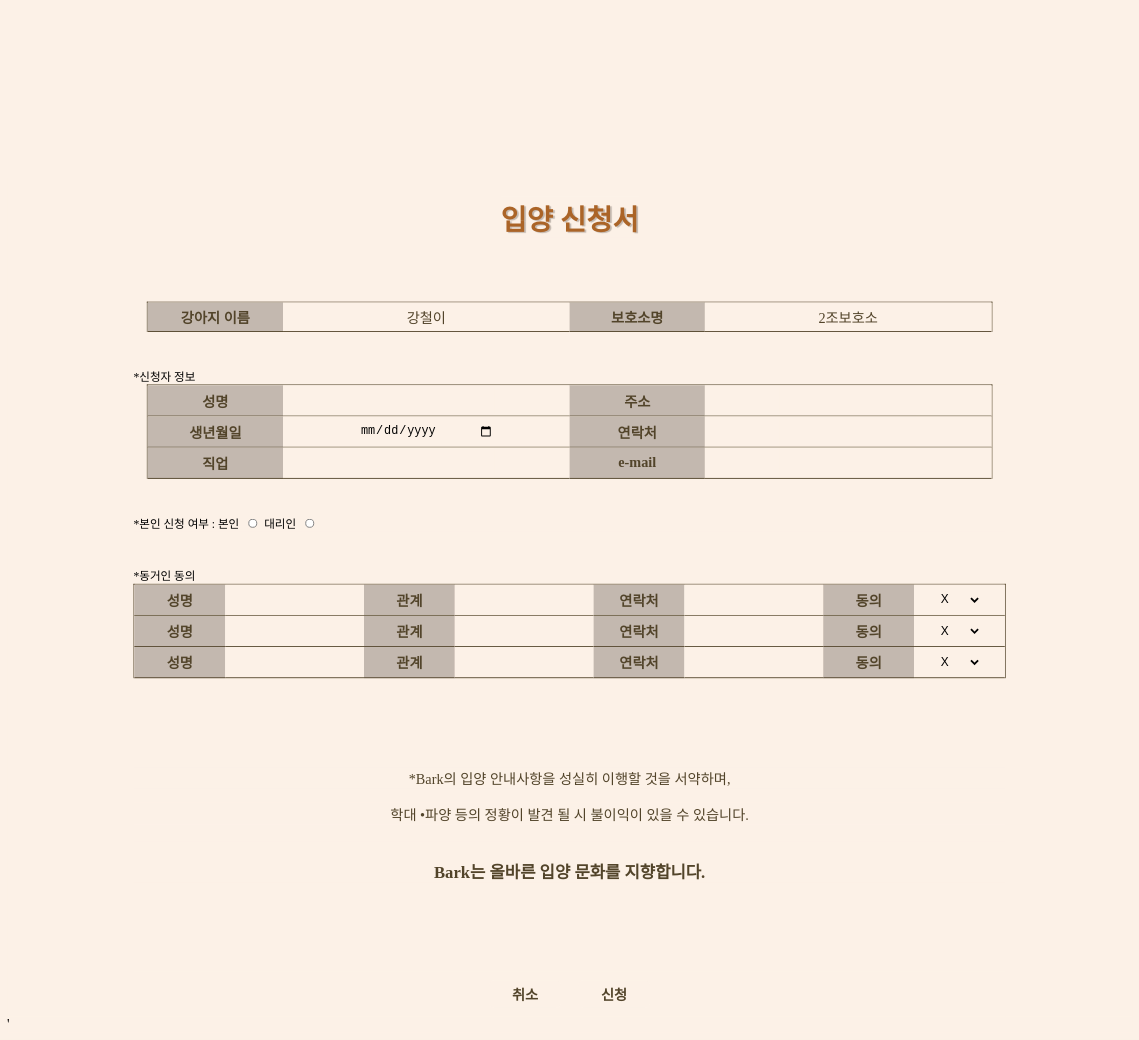
Repository: jngwk/Project-Bark
Page: http://localhost/Bark/include/adoptionForm.jsp
The author's editor kept a copy of each file at every save. The page is drawn from the files as they stood at one save, then again after the next save.
The browser window is 1280 px wide. The pictures show the whole page, at 89% of full size.
The page is served by Tomcat 9. Other server files are loaded and not shown.

Above is the page before, as saved 2024-03-26 07:28:21.

### java_workspace/Bark/src/main/webapp/include/adoptionForm.jsp
<%@ page language="java" contentType="text/html; charset=UTF-8"
    pageEncoding="UTF-8"%>
<!DOCTYPE html>
<html>
<head>
<meta charset="UTF-8">
<title>Insert title here</title>
<link rel="stylesheet" href="../css/adoptionForm.css">
</head>
<body>
	<div class="container">
        <div class="adoption-title"><h1>입양 신청서</h1></div>
		<div class="adoption">
            <form action="#" method="post" class="adoption-form">
                <div class="firstform">
                    <table>
                        <tbody>
                            <tr>
                                <td>강아지 이름</td>
                                <td>강철이</td>
                                <td>보호소명</td>
                                <td>2조보호소</td>
                            </tr>
                        </tbody>
                    </table>
                </div>

                <div><h>*신청자 정보</h></div>
                <div class="secondform">
                    <table>
                        <tbody>
                            <tr >
                                <td>성명</td>
                                <td><input type="text" name="name"></td>
                                <td>주소</td>
                                <td><input type="text" name="addr"></td>
                            </tr>
                            <tr >
                                <td>생년월일</td>
                                <td><input type="date" name="date"></td>
                                <td>연락처</td>
                                <td><input type="tell" name="tel" required pattern="[0-9]{3}-[0-9]{4}-[0-9]{4}"></td>
                            </tr>
                            <tr >
                                <td>직업</td>
                                <td><input type="text" name="jop"></td>
                                <td>e-mail</td>
                                <td><input type="email" name="email"></td>
                            </tr>
                        </tbody>
                    </table>
                </div>
                <div><h>*본인 신청 여부 : 본인<input type="radio" name="check"value="1">대리인<input type="radio" name="check"value="2"></h></div>
                <div><h>*동거인 동의</h></div>
                <div class="thirdform">
                    <table>
                        <tbody>
                            <tr>
                                <td>성명</td>
                                <td><input type="text" name="name"></td>
                                <td>관계</td>
                                <td><input type="text" name="relationship"></td>
                                <td>연락처</td>
                                <td><input type="tell" name="tel" required pattern="[0-9]{3}-[0-9]{4}-[0-9]{4}"></tb>
                                <td>동의</td>
                                <td><select name="consent">
                                    <option value="1">X</option>
                                    <option value="0">O</option>
                                    </select>
                                </td>
                            </tr>
                            <tr>
                                <td>성명</td>
                                <td><input type="text" name="name"></td>
                                <td>관계</td>
                                <td><input type="text" name="relationship"></td>
                                <td>연락처</td>
                                <td><input type="tell" name="tel" required pattern="[0-9]{3}-[0-9]{4}-[0-9]{4}"></tb>
                                <td>동의</td>
                                <td><select name="consent">
                                    <option value="1">X</option>
                                    <option value="0">O</option>
                                    </select>
                                </td>
                            </tr>
                            <tr>
                                <td>성명</td>
                                <td><input type="text" name="name"></td>
                                <td>관계</td>
                                <td><input type="text" name="relationship"></td>
                                <td>연락처</td>
                                <td><input type="tell" name="tel" required pattern="[0-9]{3}-[0-9]{4}-[0-9]{4}"></tb>
                                <td>동의</td>
                                <td><select name="consent">
                                    <option value="1">X</option>
                                    <option value="0">O</option>
                                    </select>
                                </td>
                            </tr>
                        </tbody>
                    </table>
                </div>
                <div class="adoption-text">
                    <p>*Bark의 입양 안내사항을 성실히 이행할 것을 서약하며,</p>
                    <p>학대 •파양 등의 정황이 발견 될 시 불이익이 있을 수 있습니다.</p>
                    <h3>Bark는 올바른 입양 문화를 지향합니다.</h3>
                </div>
                <div class="adoption-button">
                <input type="button" value="취소" id="cancel">
                <input type="submit" value="신청" id="result">
                </div>
			</form>
		</div>
	</div>
</body>
</html>'

### java_workspace/Bark/src/main/webapp/css/adoptionForm.css
@charset "UTF-8";
*{

    background-color: #fcf1e7;
}
/* 타이틀 */
.adoption-title{
    padding-bottom: 50px; color:rgb(171, 100, 39); text-shadow: 2px 1px 1px rgb(195, 184, 175); margin-top:200px;
}
.container>div{
    display: flex; justify-content: center; align-items: center;
}

/* 테이블 전체 */
.adoption-form>div>table{
    border-spacing: 0;  display: flex; justify-content: center;
}
.adoption-form tbody{
    border:1px solid #52442a;  border-bottom:0px;
}
.adoption-form td{
    border-bottom:1px solid #52442a;  color: #52442a; text-align: center; height: 30px; font-size: 16px;
}
.adoption-form td:nth-child(odd){
    font-weight: bold; background-color:  rgb(195, 184, 175);
}
.adoption-form td:nth-child(even){
    font-weight: nomal;
}

/* 테이블 각각 */
.firstform td:nth-child(odd){
    width: 150px;
}
.firstform td:nth-child(even){
    width: 320px;    }
.secondform td:nth-child(odd){
    width: 150px;
}
.secondform td:nth-child(even){
    width: 320px;
}
.thirdform td:nth-child(odd){
    width: 100px;
}
.thirdform td:nth-child(even){
    width: 100px;
}


/* 인풋테두리정리 */
.adoption-form input{
    border:0; height: 30px; width: 150px
}
.adoption-form input:focus{
    outline: none;
}
.adoption-form>div>table>tbody>tr>td>select{
    width: 50px; border:0; height: 30px;
}
.adoption-form>div>table>tbody>tr>td>select:focus{
    outline: none;
}

/* 중간타이틀 */
.adoption-form h{
    font-size: 13px; display: block; padding-top: 40px;
}
.adoption-form h>input{height: 10px; width: 20px}



/* 버튼 */
.adoption-button{
    display: flex; justify-content: center; align-items: center; margin-top:100px;
}
.adoption-button>input{
    width: 80px; height: 30px; font-size: 16px; font-weight: bold; margin: 10px; border-radius: 5px; border: 0px; color: #52442a;
    }
.adoption-button>input:hover{
    background-color: rgb(195, 184, 175);
}

/* 주의사항 */
.adoption-text{display: block; text-align: center; margin-top: 100px; color:#52442a;}
.adoption-text>h3{padding-top: 20px;}


/* #fcf1e7 #52442a */

After the next save:
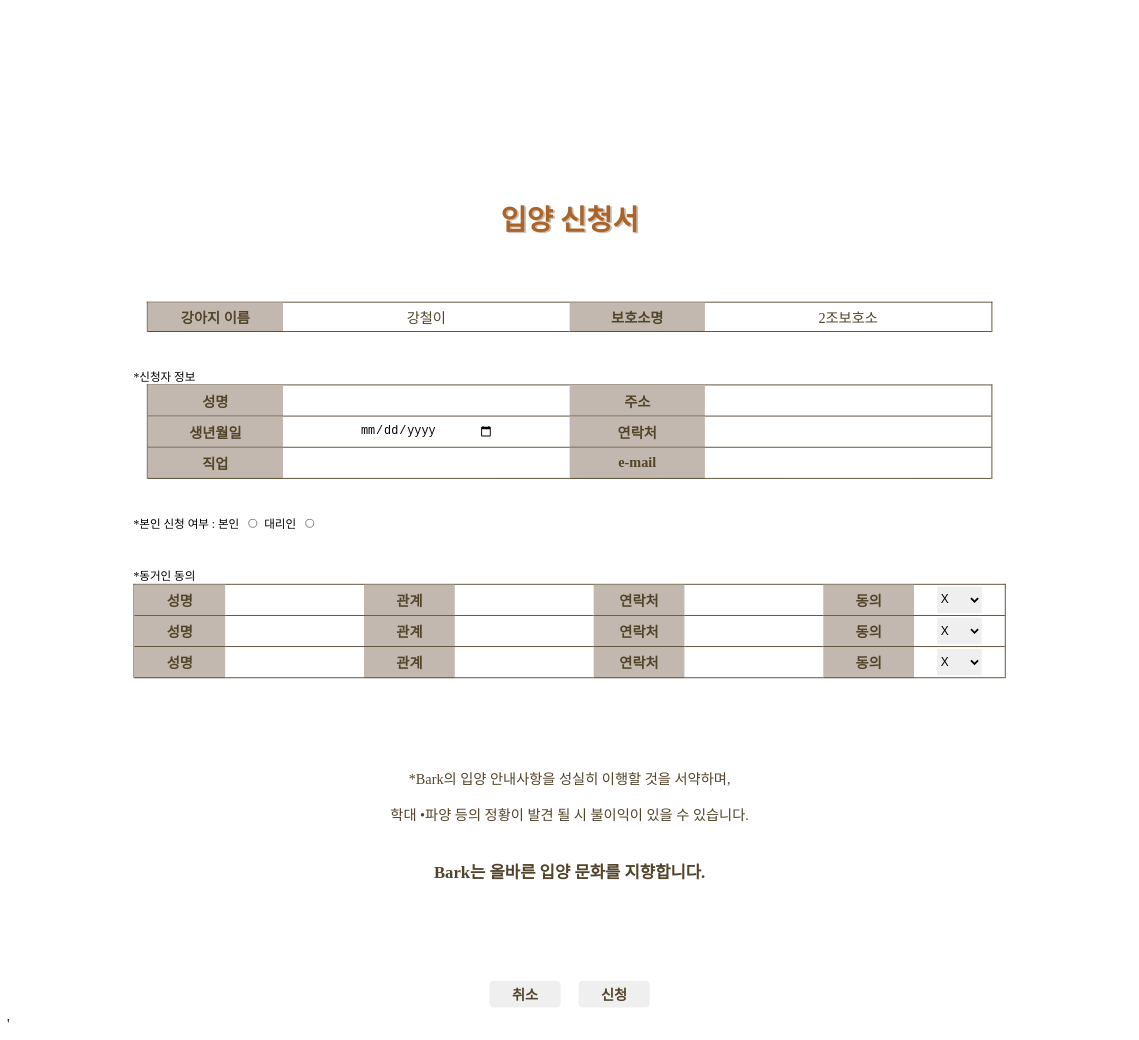
Saved 7 s later.
--- a/java_workspace/Bark/src/main/webapp/css/adoptionForm.css
+++ b/java_workspace/Bark/src/main/webapp/css/adoptionForm.css
@@ -1,8 +1,4 @@
 @charset "UTF-8";
-*{
-
-    background-color: #fcf1e7;
-}
 /* 타이틀 */
 .adoption-title{
     padding-bottom: 50px; color:rgb(171, 100, 39); text-shadow: 2px 1px 1px rgb(195, 184, 175); margin-top:200px;
